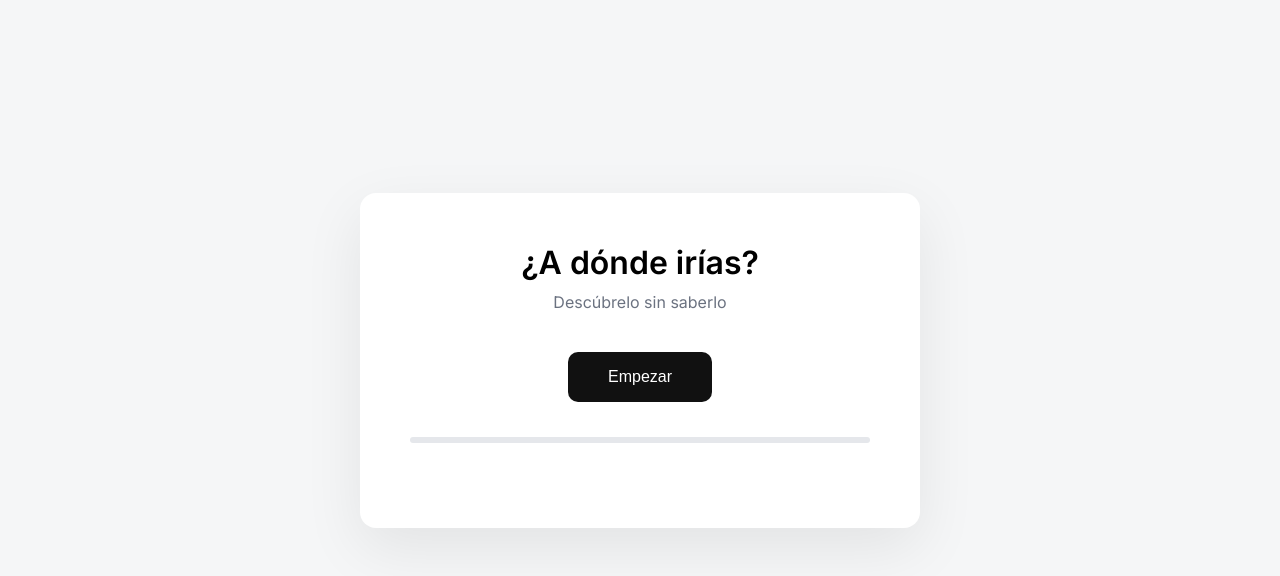
Repository: Javimontes20/viaje
Page: index.html
The author's editor kept a copy of each file at every save. The page is drawn from the files as they stood at one save, then again after the next save.
The browser window is 1280 px wide. The pictures show the whole page.

Above is the page before, as saved 2026-01-02 20:45:17.

After the next save:
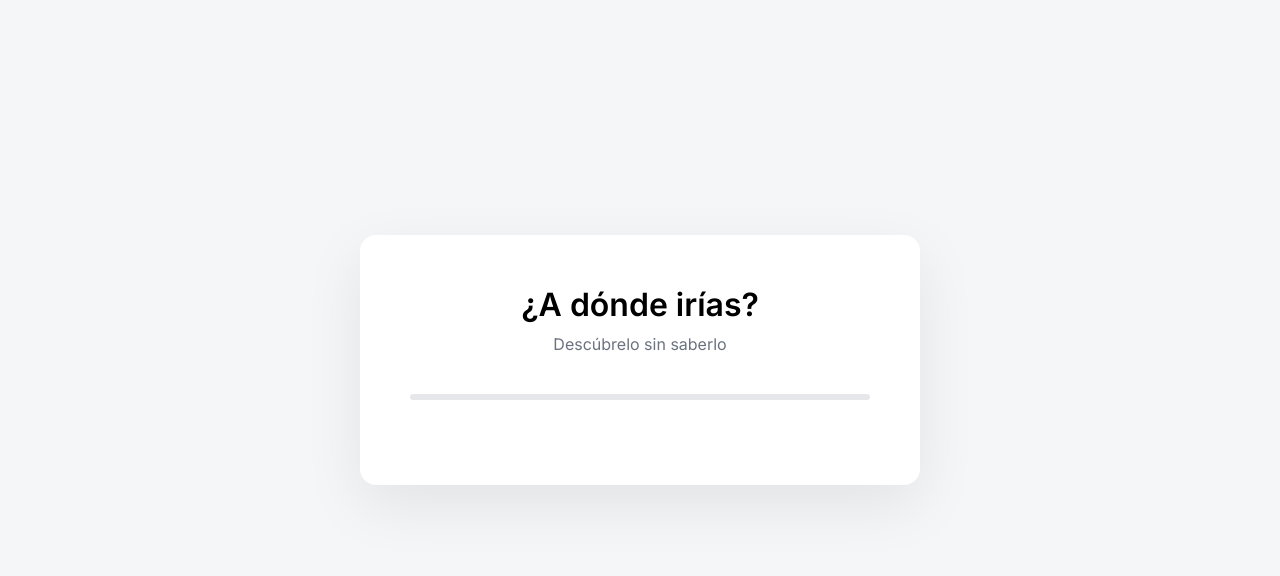
Console error: SyntaxError: Unexpected token ']'
Saved 2 min 32 s later.
--- a/index.html
+++ b/index.html
@@ -143,16 +143,38 @@
         };
 
         const test1 = [
-            ["¿Qué ritmo te gusta?", ["Tranquilo", "Equilibrado", "Intenso"]],
-            ["¿Cuánto caminarías?", ["Poco", "Normal", "Mucho"]],
-            ["¿Cómo comes?", ["Con calma", "Variado", "Sin parar"]],
-            ["¿Fotos?", ["Relax", "Bonitas", "Épicas"]],
-            ["¿Plan principal?", ["Descansar", "Explorar", "Exprimir"]],
-            ["¿Ambiente?", ["Calmado", "Mixto", "Activo"]],
-            ["¿Organización?", ["Sobre la marcha", "Plan ligero", "Todo medido"]],
-            ["¿Energía?", ["Baja", "Media", "Alta"]],
-            ["¿Preferencia?", ["Naturaleza", "Ciudad", "Todo"]],
-            ["¿Objetivo?", ["Desconectar", "Disfrutar", "Vivirlo"]]
+                ["¿Qué ritmo te apetece llevar durante el día?",
+                    ["Tranquilo, sin prisas", "Equilibrado, bien aprovechado", "Intenso, a tope"]
+                ],
+                ["¿Cuánto te apetece caminar en total?",
+                    ["Lo justo", "Bastante pero sin sufrir", "Todo el día sin problema"]
+                ],
+                ["Cuando viajas, prefieres…",
+                    ["Improvisar", "Tener una idea clara", "Llevarlo todo planificado"]
+                ],
+                ["¿Qué te motiva más al elegir un destino?",
+                    ["Desconectar", "Descubrir sitios nuevos", "Vivir algo diferente"]
+                ],
+                ["¿Cómo te gusta moverte por la ciudad?",
+                    ["Paseos cortos", "Mezcla de transporte y caminar", "Andando todo"]
+                ],
+                ["¿Qué importancia le das a la estética del sitio?",
+                    ["Baja", "Media", "Alta (quiero sitios bonitos)"]
+                ],
+                ["Cuando acaba el día quieres sentir que…",
+                    ["Has descansado", "Lo has aprovechado bien", "Has vivido mil cosas"]
+                ],
+                ["¿Cómo sueles viajar?",
+                    ["Relajado", "Curioso", "Inquieto"]
+                ],
+                ["¿Te agobia un sitio muy turístico?",
+                    ["Sí", "Depende", "No"]
+                ],
+                ["Este viaje ideal sería para…",
+                    ["Desconectar mentalmente", "Cambiar de aires", "Salir de la rutina"]
+                ]
+            ];
+
         ];
 
         const test2 = [

After the save that followed:
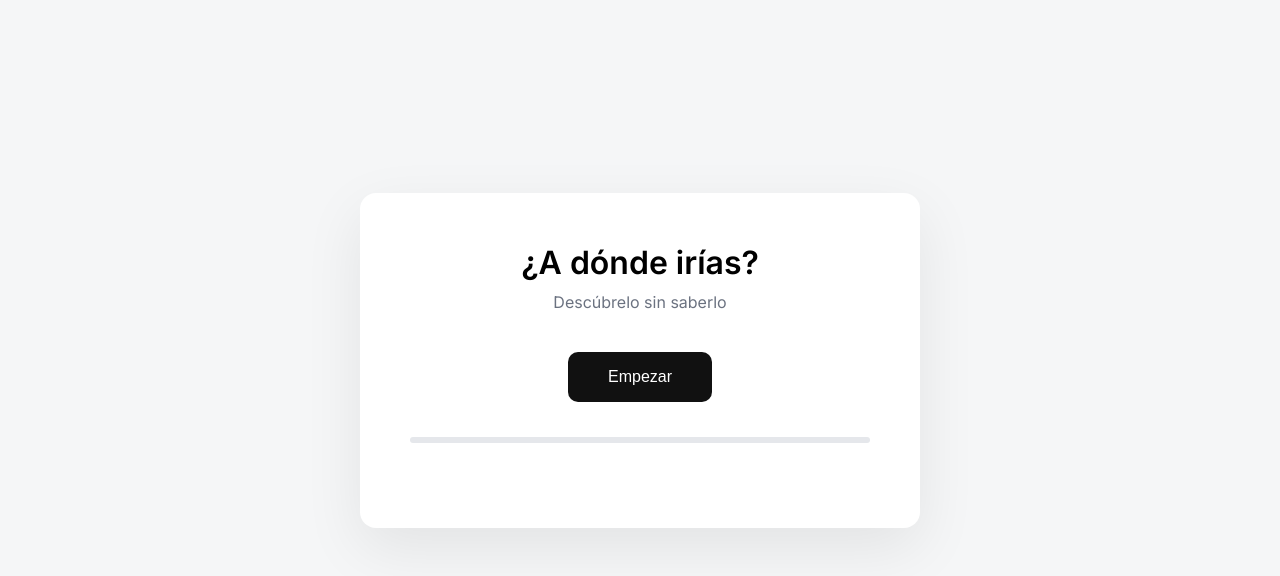
The error is gone.
Saved 4 s later.
--- a/index.html
+++ b/index.html
@@ -175,7 +175,7 @@
                 ]
             ];
 
-        ];
+
 
         const test2 = [
             {
